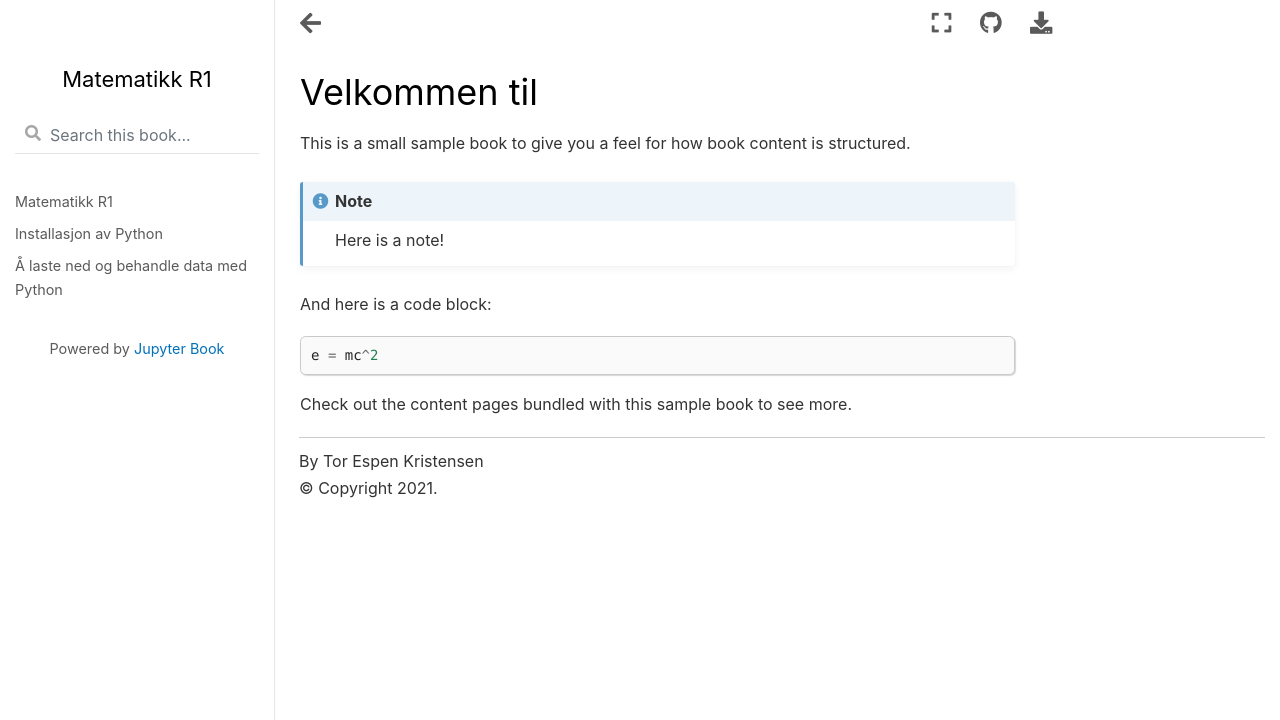
Repository: tork73/R1
Page: R1-programmering/_build/html/intro.html
These files come from the project's save history. The page is drawn as it stood at one moment and after the next save; the edit follows.
The browser window is 1280 px wide. The pictures show the whole page.

Above is the page before, as saved 2022-01-31 10:32:25.

After the next save:
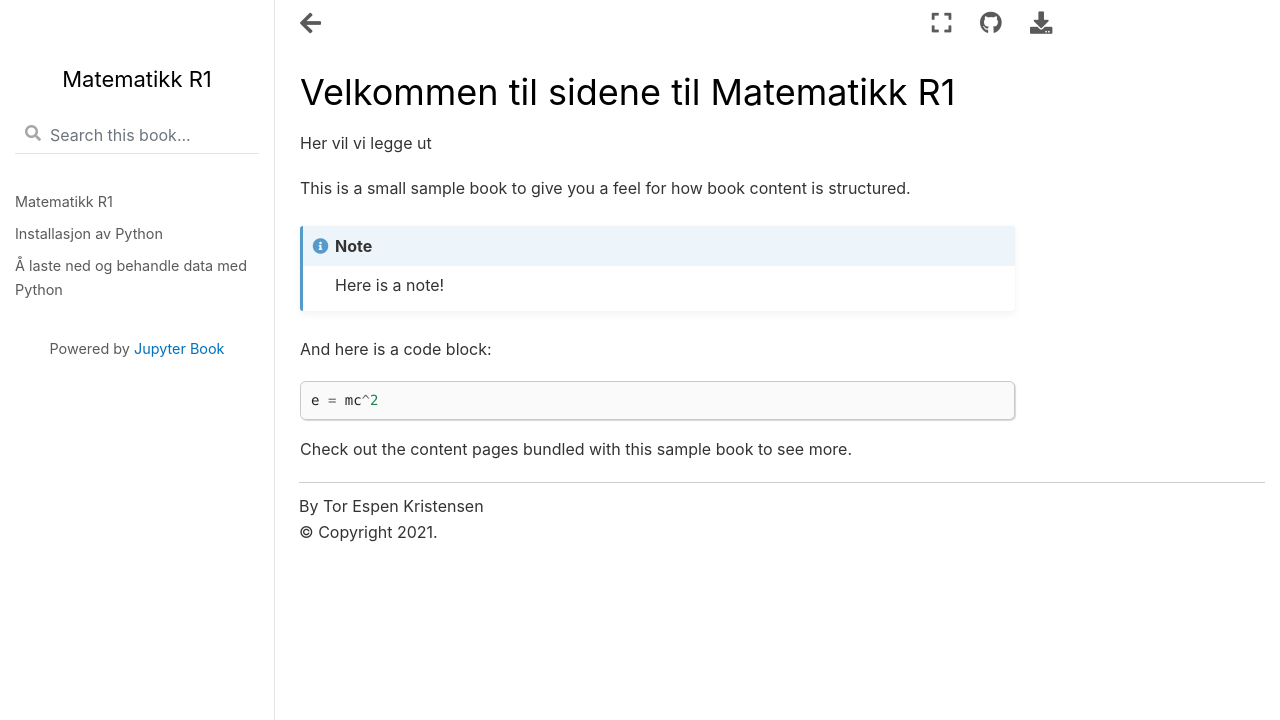
Saved 20 s later.
--- a/R1-programmering/_build/html/intro.html
+++ b/R1-programmering/_build/html/intro.html
@@ -5,7 +5,7 @@
   <head>
     <meta charset="utf-8" />
     <meta name="viewport" content="width=device-width, initial-scale=1.0" />
-    <title>Velkommen til &#8212; Matematikk R1</title>
+    <title>Velkommen til sidene til Matematikk R1 &#8212; Matematikk R1</title>
 
   <link href="../_static/css/theme.css" rel="stylesheet">
   <link href="../_static/css/index.ff1ffe594081f20da1ef19478df9384b.css" rel="stylesheet">
@@ -142,7 +142,7 @@
         <!-- ipynb file if we had a myst markdown file -->
 
         <!-- Download raw file -->
-        <a class="dropdown-buttons" href="../_sources/.history/intro_20220131103225.md"><button type="button"
+        <a class="dropdown-buttons" href="../_sources/.history/intro_20220131103245.md"><button type="button"
                 class="btn btn-secondary topbarbtn" title="Download source file" data-toggle="tooltip"
                 data-placement="left">.md</button></a>
         <!-- Download PDF via print -->
@@ -162,7 +162,7 @@
                 data-toggle="tooltip" data-placement="left" title="Source repository"><i
                     class="fab fa-github"></i>repository</button></a>
         <a class="issues-button"
-            href="https://github.com/executablebooks/jupyter-book/issues/new?title=Issue%20on%20page%20%2F.history/intro_20220131103225.html&body=Your%20issue%20content%20here."><button
+            href="https://github.com/executablebooks/jupyter-book/issues/new?title=Issue%20on%20page%20%2F.history/intro_20220131103245.html&body=Your%20issue%20content%20here."><button
                 type="button" class="btn btn-secondary topbarbtn" data-toggle="tooltip" data-placement="left"
                 title="Open an issue"><i class="fas fa-lightbulb"></i>open issue</button></a>
 
@@ -190,7 +190,7 @@
         <div class="col-12 col-md-9 pl-md-3 pr-md-0">
             <!-- Table of contents that is only displayed when printing the page -->
             <div id="jb-print-docs-body" class="onlyprint">
-                <h1>Velkommen til</h1>
+                <h1>Velkommen til sidene til Matematikk R1</h1>
                 <!-- Table of contents -->
                 <div id="print-main-content">
                     <div id="jb-print-toc">
@@ -201,8 +201,9 @@
 
               <div>
 
-  <div class="tex2jax_ignore mathjax_ignore section" id="velkommen-til">
-<h1>Velkommen til<a class="headerlink" href="#velkommen-til" title="Permalink to this headline">¶</a></h1>
+  <div class="tex2jax_ignore mathjax_ignore section" id="velkommen-til-sidene-til-matematikk-r1">
+<h1>Velkommen til sidene til Matematikk R1<a class="headerlink" href="#velkommen-til-sidene-til-matematikk-r1" title="Permalink to this headline">¶</a></h1>
+<p>Her vil vi legge ut</p>
 <p>This is a small sample book to give you a feel for how book content is
 structured.</p>
 <div class="admonition note">
